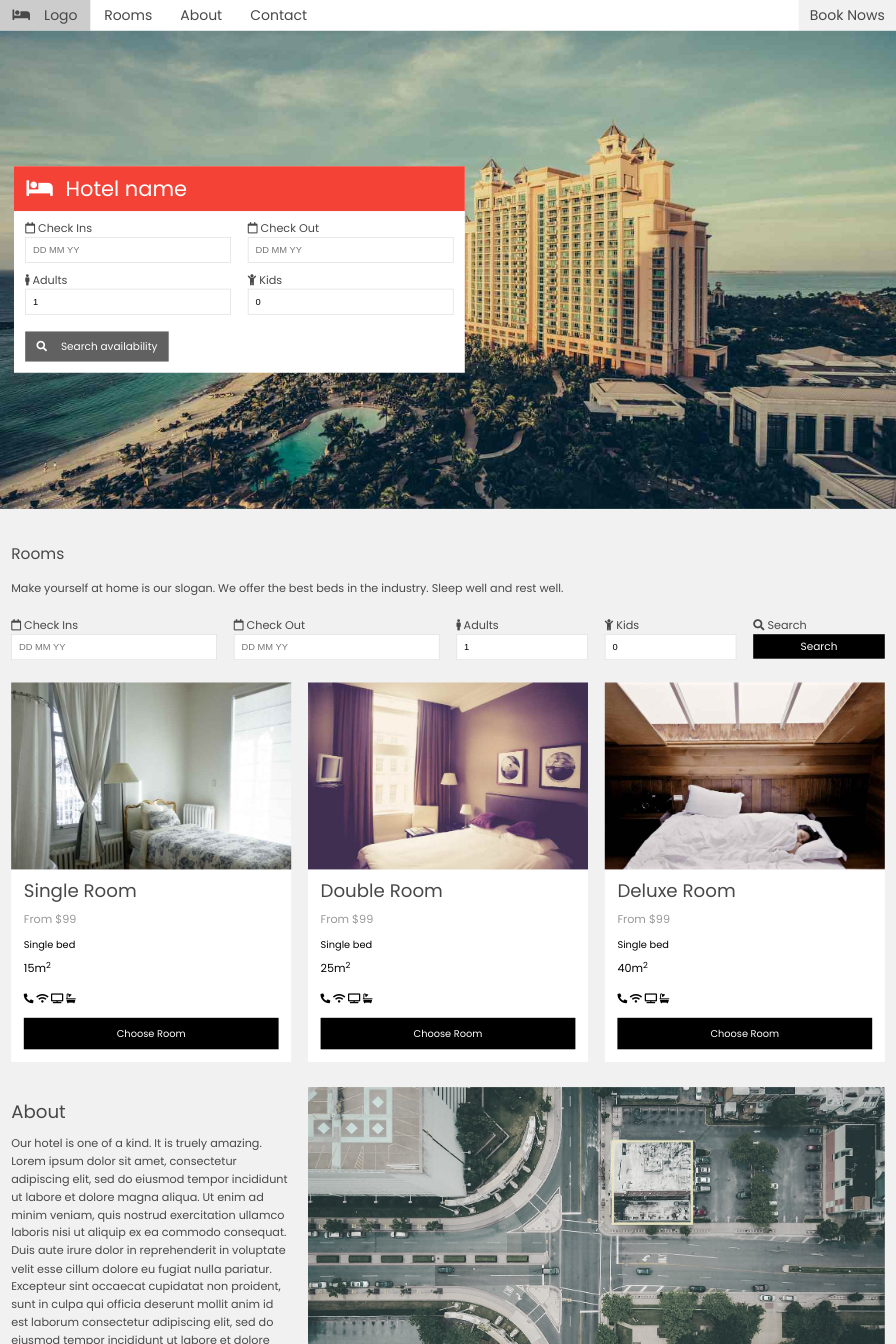
Repository: phamhuuloc/Travel_Template
Page: index.html
An editor plug-in stored every save of this project. The page is shown before and after the next save, followed by the edit.
The browser window is 1280 px wide. The pictures show the part of the page from y = 0 to 1920 px (the page is 3909 px tall before and 3923 px after), at 70% of full size.
The style sheet was rebuilt from its Sass, Less or Tailwind sources for each picture, by a compiler version that may differ from the author's.

Above is the page before, as saved 2021-09-21 11:14:40.

After the next save:
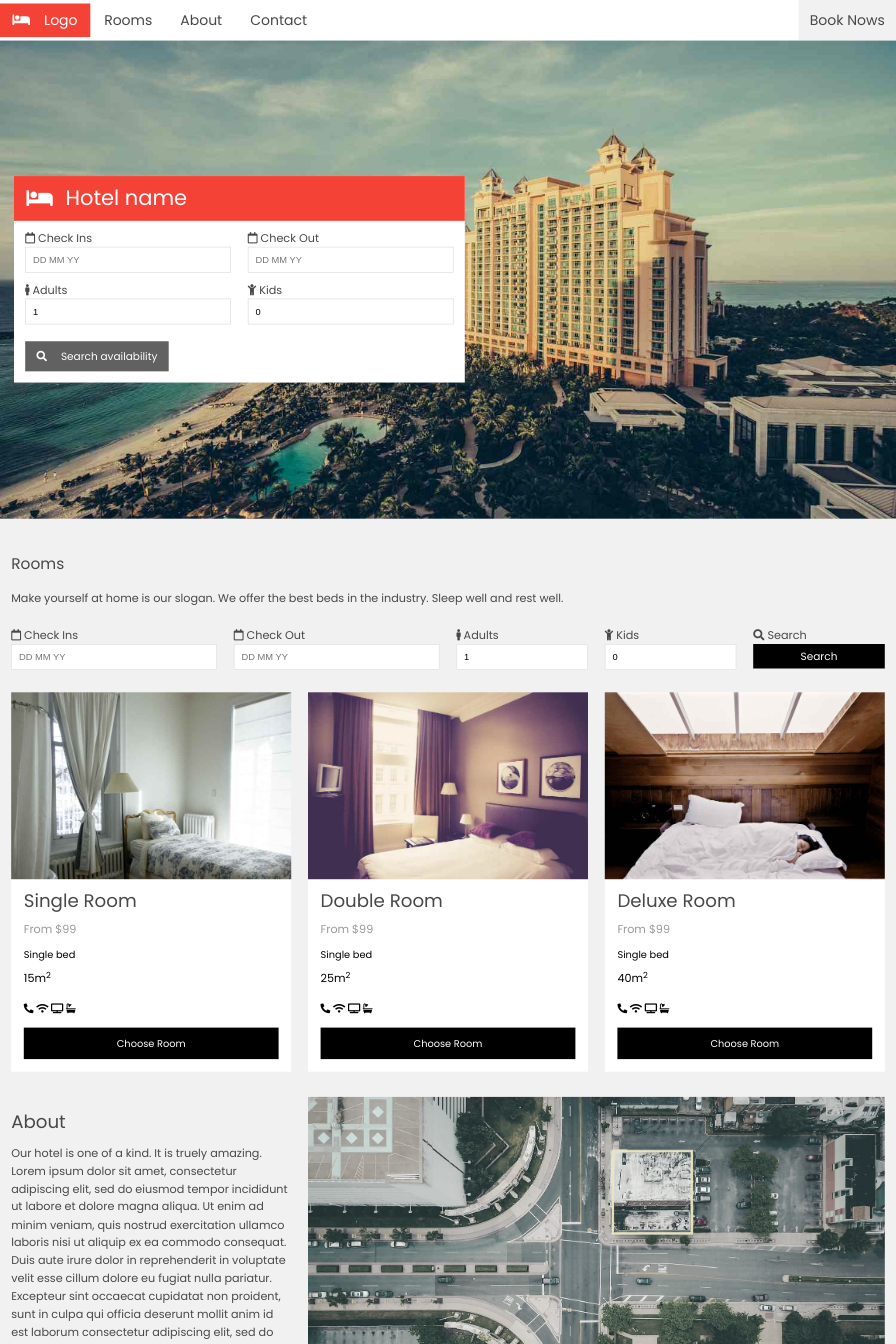
Saved 19 min 33 s later.
--- a/assets/main.scss
+++ b/assets/main.scss
@@ -53,7 +53,7 @@ sup {
 .header {
   display: flex;
   align-items: center;
-  height: 4.4rem;
+  min-height: 4.4rem;
   background-color: white;
   font-size: 2rem;
 
